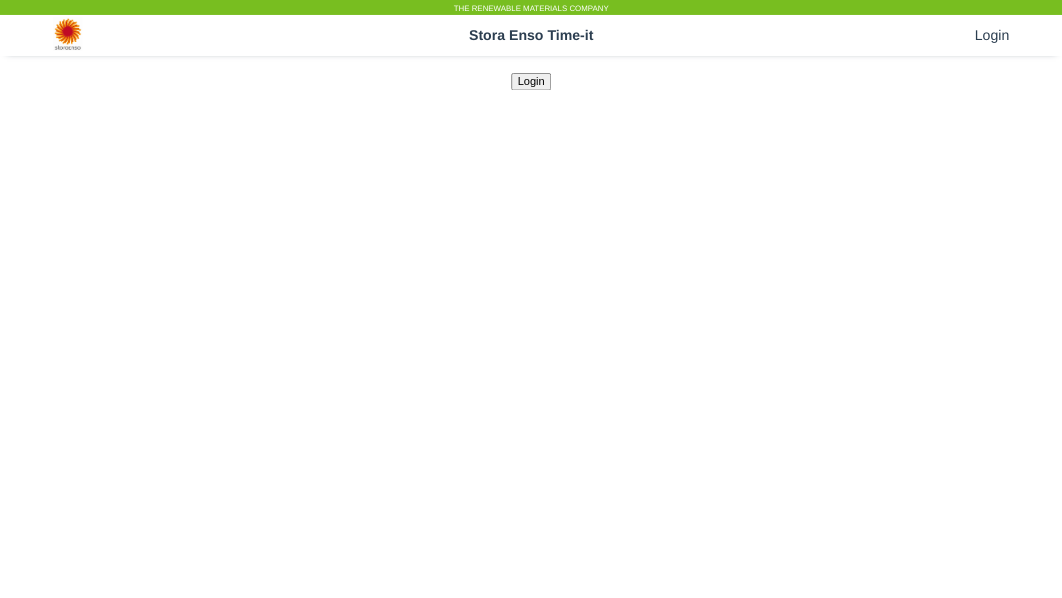
Repository: marianreha/vue-timeit
Page: /
The author's editor kept a copy of each file at every save. The page is drawn from the files as they stood at one save, then again after the next save.
The browser window is 1280 px wide. The pictures show the whole page, at 83% of full size.
Some web fonts or font styles are not loaded; a fallback is used. The project was rebuilt for these pictures with package versions that can differ from the ones it lists, and the page was loaded fresh each time. Also part of the build but not shown: vue.config.js.

Above is the page before, as saved 2020-03-30 18:17:29.

After the next save:
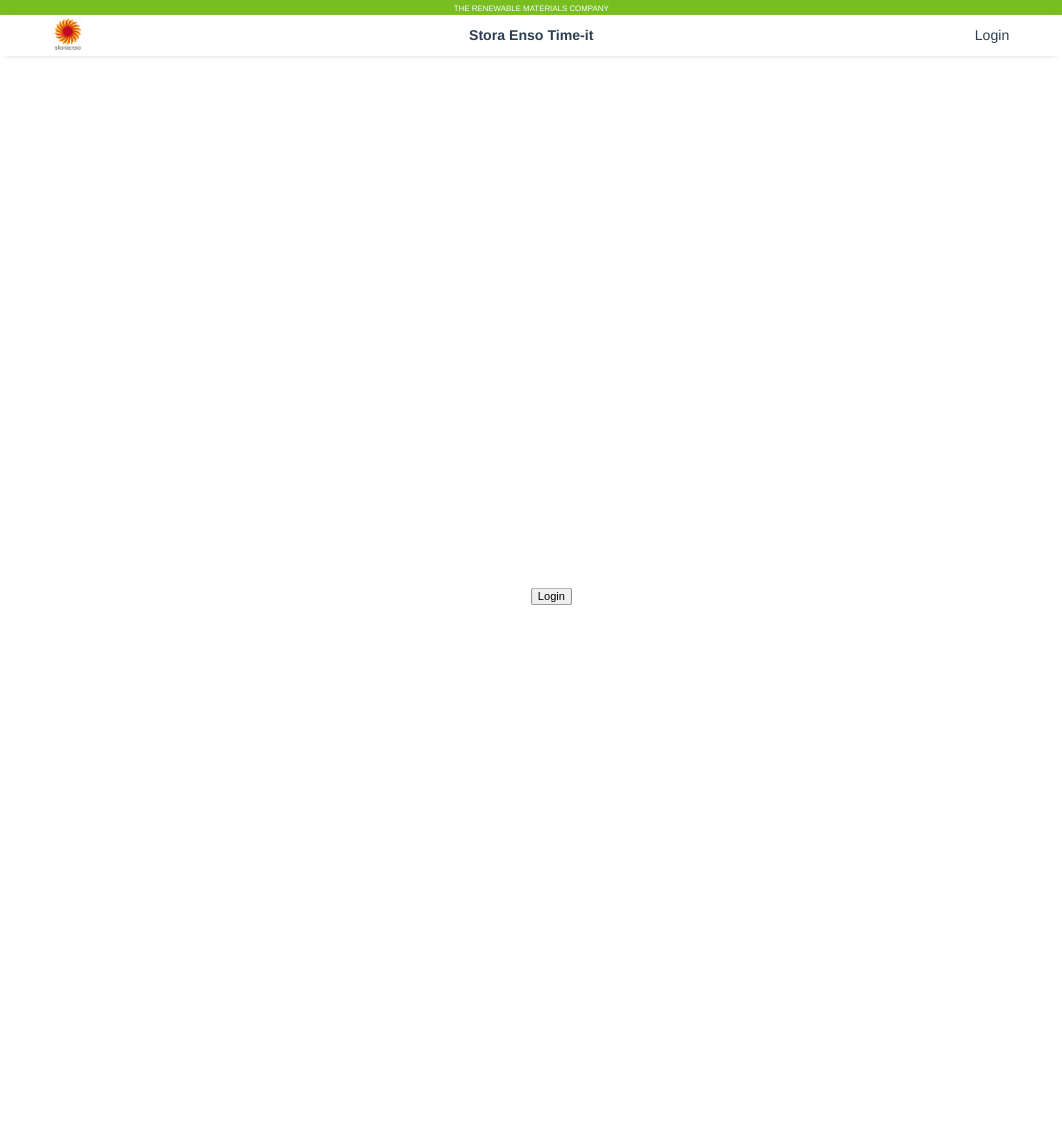
Saved 12 s later.
--- a/src/components/Login.vue
+++ b/src/components/Login.vue
@@ -18,7 +18,6 @@
 
 <style>
 .logButton {
-    padding: 20px;
-    margin-top: 5000;
+    padding: 50%;
 }
 </style>
